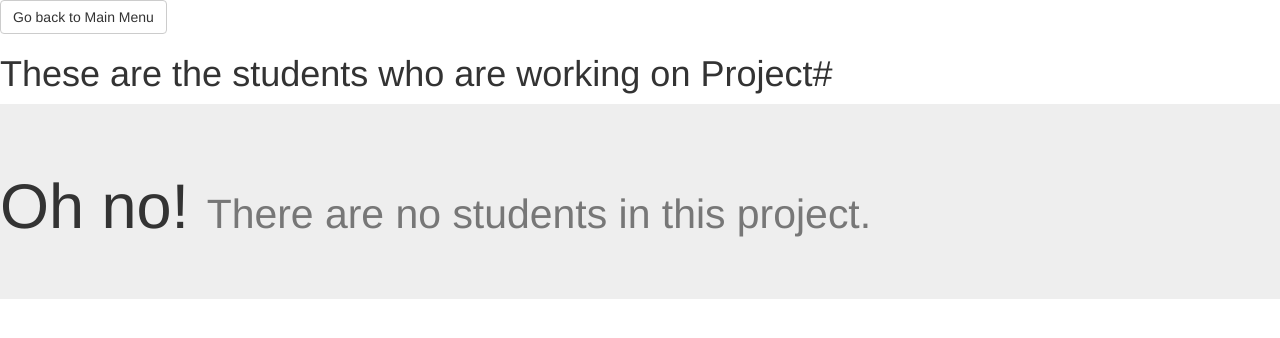
Repository: cpham19/DatabaseSite
Page: http://localhost/database/ViewStudent
The author's editor kept a copy of each file at every save. The page is drawn from the files as they stood at one save, then again after the next save.
The browser window is 1280 px wide. The pictures show the whole page.
The page is served by Tomcat 9. Other server files are loaded and not shown. Queries for data that is not in the repository find no rows.

Above is the page before, as saved 2017-07-30 05:46:24.

### database/src/main/webapp/ViewStudent.jsp
<%@ page language="java" contentType="text/html; charset=UTF-8" pageEncoding="UTF-8"%>
<%@ taglib prefix="c" uri="http://java.sun.com/jsp/jstl/core" %>
<%@ taglib prefix="fn" uri="http://java.sun.com/jsp/jstl/functions" %>
<!doctype html>
<html lang="en">
<head>
	<title>Students</title>
	<!-- Latest compiled and minified CSS -->
	<link rel="stylesheet" href="https://maxcdn.bootstrapcdn.com/bootstrap/3.3.7/css/bootstrap.min.css" integrity="sha384-BVYiiSIFeK1dGmJRAkycuHAHRg32OmUcww7on3RYdg4Va+PmSTsz/K68vbdEjh4u" crossorigin="anonymous">
</head>
<body>
 	<a href="Table" class="btn btn-default" role="button">Go back to Main Menu</a><br/>

	<h1>These are the students who are working on Project# </h1>
	<c:if test="${empty projects}">
		<div class="jumbotron">
			<h1>Oh no! <small>There are no students in this project.</small></h1>
		</div>
	</c:if>

	<c:if test="${not empty projects}">
		<c:forEach items="${projects}" var="project">
 			<div class="pane panel-default">
				 <div class = "pane panel-heading"><h1>Project#${project.projectNum} ${project.sponsorName} | Start: ${project.startingDate}  End: ${project.endingDate}</h1></div>
			</div>
		</c:forEach>
	</c:if>
</body>
</html>

### database/src/main/java/ViewStudent.java
import java.io.IOException;
import java.sql.Connection;
import java.sql.DriverManager;
import java.sql.ResultSet;
import java.sql.SQLException;
import java.sql.Statement;
import java.util.ArrayList;

import javax.servlet.ServletConfig;
import javax.servlet.ServletException;
import javax.servlet.http.HttpServlet;
import javax.servlet.http.HttpServletRequest;
import javax.servlet.http.HttpServletResponse;

public class ViewStudent extends HttpServlet
{
	private static final long serialVersionUID = 1L;


	public void init(ServletConfig config) throws ServletException {
		super.init(config);

		try {
			Class.forName("org.postgresql.Driver");
		}
		catch (ClassNotFoundException e) {
			throw new ServletException(e);
		}
	}

	protected void doGet(HttpServletRequest request, HttpServletResponse response) throws ServletException, IOException
	{
		String projNum = request.getParameter("proj_num");
		ArrayList<String> listOfStudSSN = new ArrayList<>();
		ArrayList<StudentModel> students = new ArrayList<>();

		Connection c = null;
        try
        {
            String url = "jdbc:postgresql://cs1.calstatela.edu:5432/cs4222s29";
            String username = "cs4222s29";
            String password = "Wh0QcrwJ";
            c = DriverManager.getConnection( url, username, password );

            Statement stmt = c.createStatement();


            ResultSet rs = stmt.executeQuery("select * from stud_work");

            while (rs.next()) {
        		if(rs.getString("proj_num").equals(projNum)) {
        			listOfStudSSN.add(rs.getString("stud_ssn"));
        		}
 			}

            rs = stmt.executeQuery("select * from student");

	             while (rs.next()) {

	            	StudentModel entry = new StudentModel(rs.getInt("id"), rs.getString("ssn"), rs.getString("name"), rs.getInt("age"), rs.getString("gender"), rs.getString("degree"));


	                for (int i = 0; i < listOfStudSSN.size(); i++) {
		            	if (entry.getSsn().equals(listOfStudSSN.get(i))) {
		            		students.add(entry);
		            	}
	                }
           }

        }

        catch( SQLException e ) {

            throw new ServletException( e );

        }

        finally {

            try {

                if( c != null ) c.close();

            }

            catch( SQLException e ) {

                throw new ServletException( e );

            }

        }


        request.setAttribute("students", students);

        request.getRequestDispatcher("ViewStudent.jsp").forward(request,response);
	}


	protected void doPost(HttpServletRequest request, HttpServletResponse response) throws ServletException, IOException
	{
		doGet(request, response);
	}

}

After the next save:
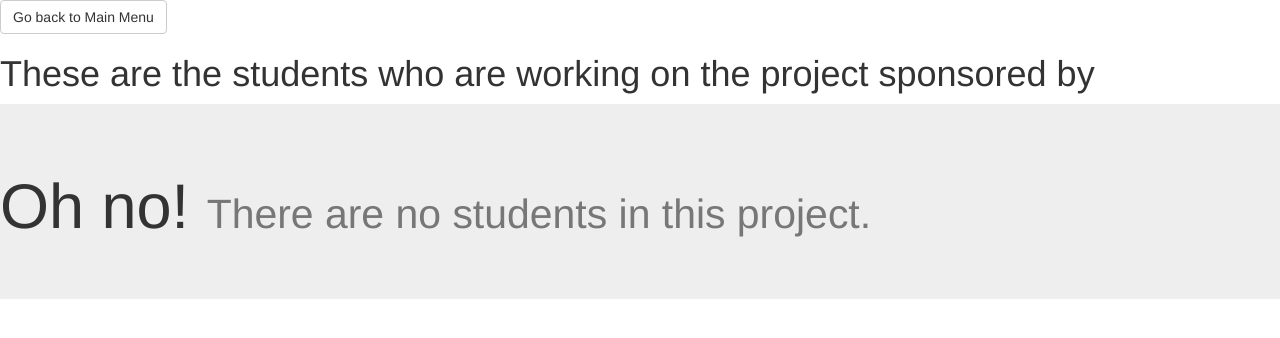
Saved 15 s later.
--- a/database/src/main/webapp/ViewStudent.jsp
+++ b/database/src/main/webapp/ViewStudent.jsp
@@ -11,7 +11,7 @@
 <body>
  	<a href="Table" class="btn btn-default" role="button">Go back to Main Menu</a><br/>
 
-	<h1>These are the students who are working on Project# </h1>
+	<h1>These are the students who are working on the project sponsored by ${sponsor} </h1>
 	<c:if test="${empty projects}">
 		<div class="jumbotron">
 			<h1>Oh no! <small>There are no students in this project.</small></h1>
